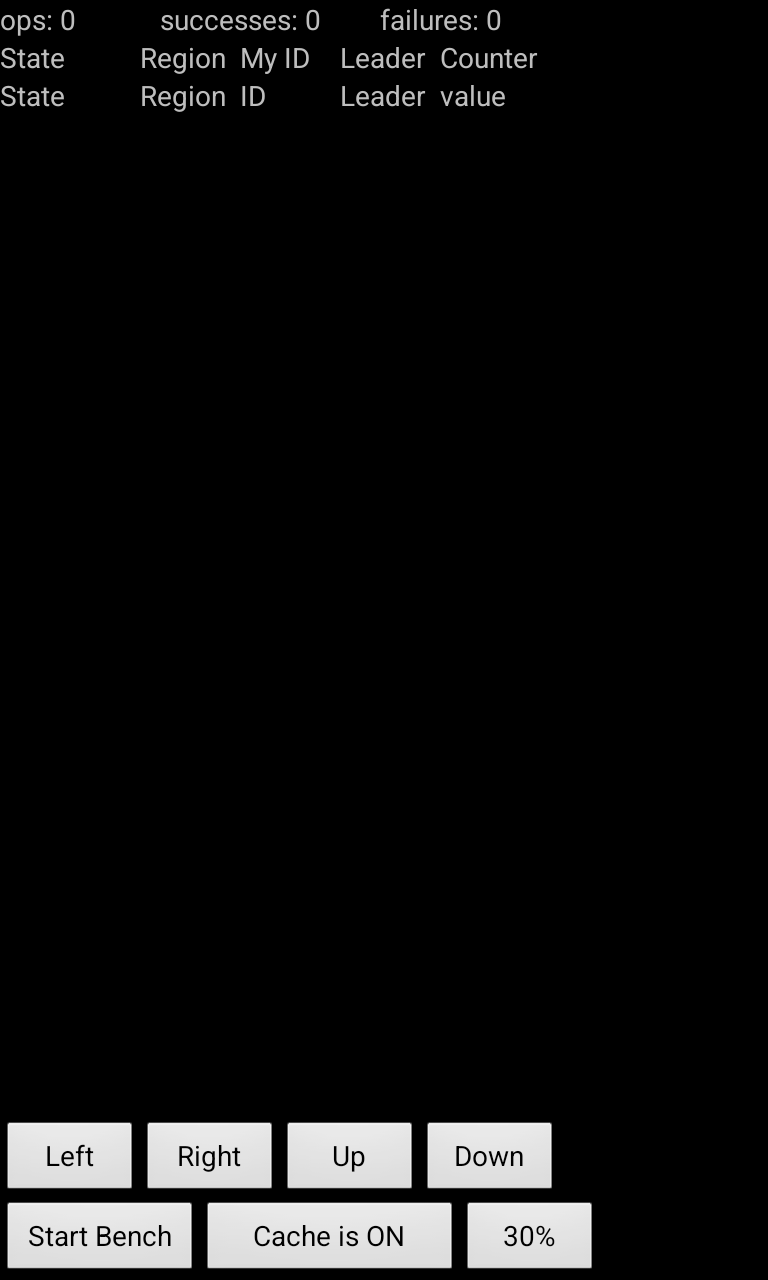
Repository: jasongao/csmcode
Layout: current/workspace/VNConsistent/res/layout/main.xml
These files come from the project's save history. The layout is drawn as it stood at one moment and after the next save; the edit follows.
It is drawn on a 768 x 1280 px phone screen (xhdpi) without system bars, with theme android:Theme; the app's code is not run. Lists and similar views that code fills are empty.

Above is the layout before, as saved 2011-07-17 15:35:27.

### current/workspace/VNConsistent/res/layout/main.xml
<?xml version="1.0" encoding="utf-8"?>
<LinearLayout xmlns:android="http://schemas.android.com/apk/res/android"
	android:orientation="vertical" android:layout_width="fill_parent"
	android:layout_height="fill_parent">

	<LinearLayout android:layout_width="match_parent"
		android:layout_height="wrap_content" android:id="@+id/CountInfoLayout">
		<TextView android:text="ops: 0" android:layout_height="wrap_content"
			android:id="@+id/opcount_tv" android:layout_width="80dip"></TextView>
		<TextView android:text="successes: 0" android:layout_height="wrap_content"
			android:id="@+id/successcount_tv" android:layout_width="110dip"></TextView>
		<TextView android:text="failures: 0" android:layout_height="wrap_content"
			android:id="@+id/failurecount_tv" android:layout_width="90dip"></TextView>
	</LinearLayout>

	<LinearLayout android:layout_width="match_parent"
		android:layout_height="wrap_content" android:id="@+id/StatusHeadingLayout">
		<TextView android:text="State" android:id="@+id/TextView04"
			android:layout_height="wrap_content" android:layout_width="70dip"></TextView>
		<TextView android:text="Region" android:layout_width="50dip"
			android:id="@+id/TextView03" android:layout_height="wrap_content"></TextView>
		<TextView android:text="My ID" android:layout_width="50dip"
			android:id="@+id/TextView01" android:layout_height="wrap_content"></TextView>
		<TextView android:layout_height="wrap_content"
			android:layout_width="50dip" android:text="Leader" android:id="@+id/TextView05"></TextView>
		<TextView android:text="Counter" android:layout_height="wrap_content"
			android:id="@+id/TextView06" android:layout_width="75dip"></TextView>
	</LinearLayout>
	<LinearLayout android:layout_width="match_parent"
		android:layout_height="wrap_content" android:id="@+id/StatusInfoLayout">
		<TextView android:text="State" android:layout_height="wrap_content"
			android:id="@+id/state_tv" android:layout_width="70dip"></TextView>
		<TextView android:text="Region" android:layout_height="wrap_content"
			android:layout_width="50dip" android:id="@+id/region_tv"></TextView>
		<TextView android:text="ID" android:layout_width="50dip"
			android:id="@+id/id_tv" android:layout_height="wrap_content"></TextView>
		<TextView android:layout_height="wrap_content"
			android:layout_width="50dip" android:text="Leader" android:id="@+id/leader_tv"></TextView>
		<TextView android:layout_height="wrap_content"
			android:layout_width="75dip" android:text="value" android:id="@+id/csm_tv"></TextView>
	</LinearLayout>

	<ListView android:id="@+id/msgList" android:layout_width="fill_parent"
		android:layout_height="fill_parent" android:stackFromBottom="true"
		android:transcriptMode="alwaysScroll" android:layout_weight="1">
	</ListView>

	<LinearLayout android:layout_width="fill_parent"
		android:orientation="horizontal" android:layout_height="wrap_content"
		android:id="@+id/RegionButton1Layout">
		<Button android:text="Left" android:id="@+id/left_button"
			android:layout_width="70dip" android:layout_height="40dip"/>
		<Button android:text="Right" android:id="@+id/right_button"
			android:layout_width="70dip" android:layout_height="40dip"></Button>
		<Button android:text="Up" android:id="@+id/up_button"
			android:layout_width="70dip" android:layout_height="40dip"/>
		<Button android:text="Down" android:id="@+id/down_button"
			android:layout_width="70dip" android:layout_height="40dip"/>
	</LinearLayout>

	<LinearLayout android:layout_width="fill_parent"
		android:orientation="horizontal" android:layout_height="wrap_content"
		android:id="@+id/TestButtonsLayout">
		<Button android:text="Start Bench" android:layout_width="100dip" android:id="@+id/switchbench_button" android:layout_height="40dip"></Button>
		<Button android:layout_width="130dip" android:text="Cache is ON"
			android:id="@+id/cache_button" android:layout_height="40dip"></Button>
		<Button android:text="30%" android:id="@+id/distribution_button" android:layout_height="40dip" android:layout_width="70dip"></Button>
	</LinearLayout>

</LinearLayout>

After the next save:
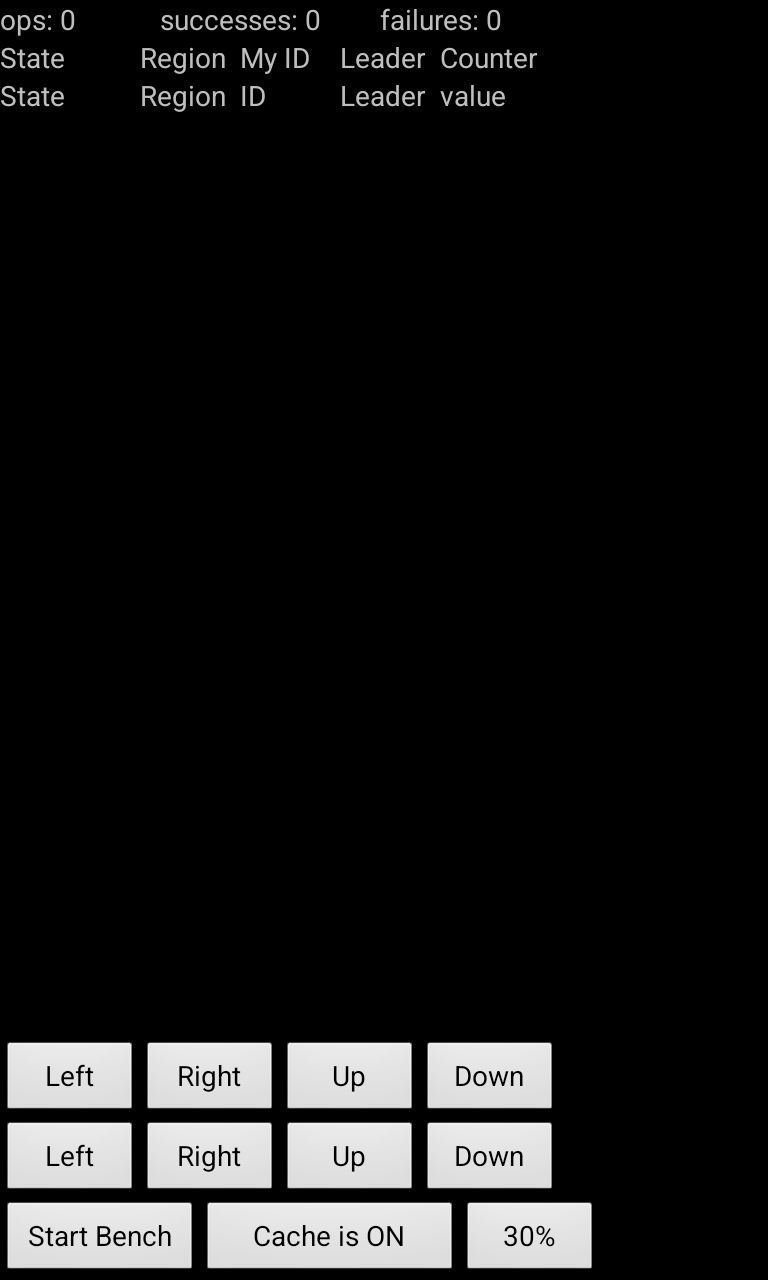
Saved 5 s later.
--- a/current/workspace/VNConsistent/res/layout/main.xml
+++ b/current/workspace/VNConsistent/res/layout/main.xml
@@ -58,6 +58,19 @@
 			android:layout_width="70dip" android:layout_height="40dip"/>
 	</LinearLayout>
 
+		<LinearLayout android:layout_width="fill_parent"
+		android:orientation="horizontal" android:layout_height="wrap_content"
+		android:id="@+id/RegionButton1Layout">
+		<Button android:text="Left" android:id="@+id/left_button"
+			android:layout_width="70dip" android:layout_height="40dip"/>
+		<Button android:text="Right" android:id="@+id/right_button"
+			android:layout_width="70dip" android:layout_height="40dip"></Button>
+		<Button android:text="Up" android:id="@+id/up_button"
+			android:layout_width="70dip" android:layout_height="40dip"/>
+		<Button android:text="Down" android:id="@+id/down_button"
+			android:layout_width="70dip" android:layout_height="40dip"/>
+	</LinearLayout>
+
 	<LinearLayout android:layout_width="fill_parent"
 		android:orientation="horizontal" android:layout_height="wrap_content"
 		android:id="@+id/TestButtonsLayout">
